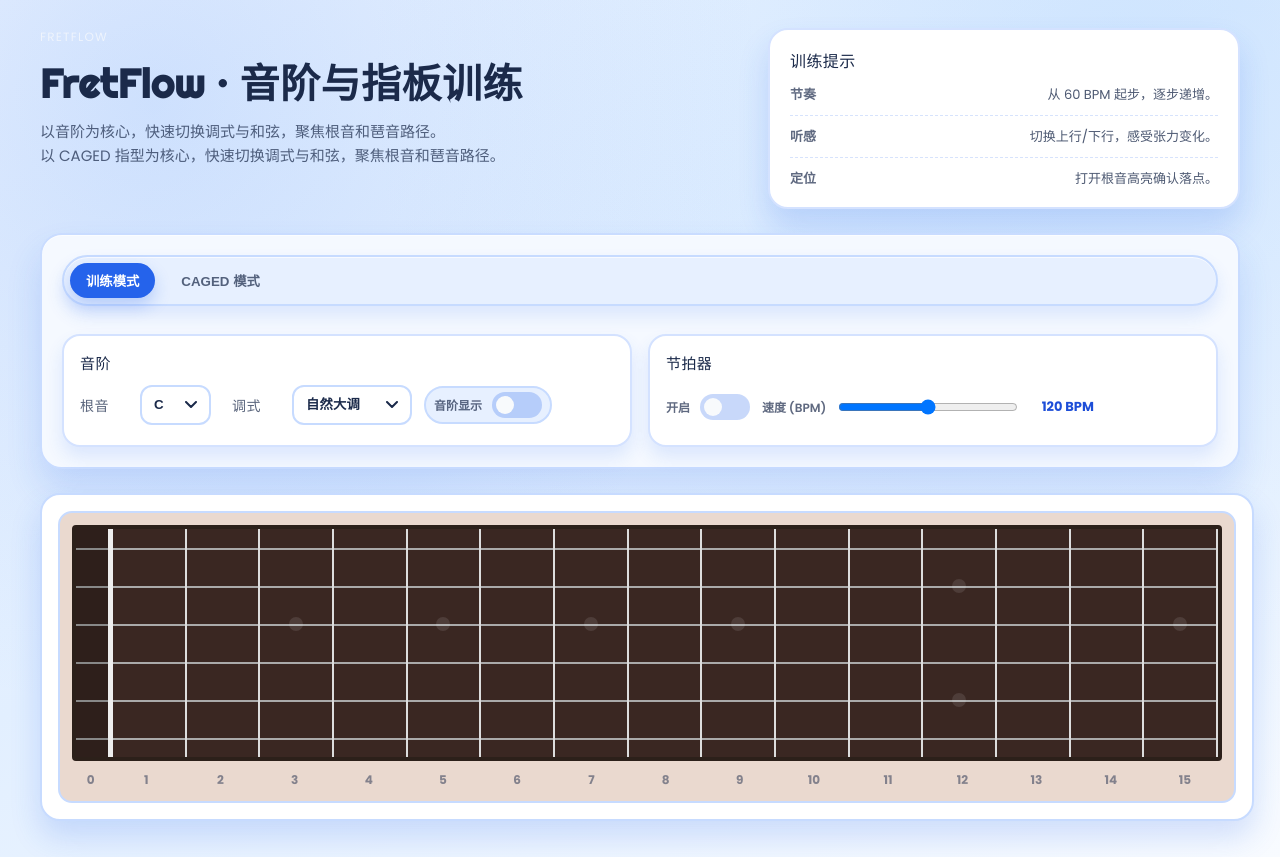
Repository: DaNN-55/FretFlow
Page: src/pages/chord-arpeggio.html
An editor plug-in stored every save of this project. The page is shown before and after the next save, followed by the edit.
The browser window is 1280 px wide. The pictures show the whole page.

Above is the page before, as saved 2026-02-06 11:23:43.

### src/pages/chord-arpeggio.html
<!doctype html>
<html lang="zh-CN">
  <head>
    <meta charset="UTF-8" />
    <meta name="viewport" content="width=device-width, initial-scale=1" />
    <title>和弦与琶音训练</title>
    <link rel="preconnect" href="https://fonts.googleapis.com" />
    <link rel="preconnect" href="https://fonts.gstatic.com" crossorigin />
    <link
      rel="stylesheet"
      href="https://fonts.googleapis.com/css2?family=Poppins:wght@300;400;500;600;700&family=Righteous&display=swap"
    />
    <link rel="stylesheet" href="../styles/guitartraining.css" />
    <link rel="stylesheet" href="../styles/chord-arpeggio.css" />
  </head>
  <body class="chord-arpeggio mode-training">
    <div class="page">
      <header class="page-hero">
        <div class="hero-copy">
          <p class="eyebrow">FretFlow</p>
          <h1>FretFlow · 音阶与指板训练</h1>
          <p class="hero-subtitle">
            以音阶为核心，快速切换调式与和弦，聚焦根音和琶音路径。
          </p>
          <p class="hero-subtitle">
            以 CAGED 指型为核心，快速切换调式与和弦，聚焦根音和琶音路径。
          </p>
        </div>
        <div class="hero-card">
          <div class="hero-card-title">训练提示</div>
          <div class="hero-card-body">
            <div class="tip-row">
              <span class="tip-label">节奏</span>
              <span>从 60 BPM 起步，逐步递增。</span>
            </div>
            <div class="tip-row">
              <span class="tip-label">听感</span>
              <span>切换上行/下行，感受张力变化。</span>
            </div>
            <div class="tip-row">
              <span class="tip-label">定位</span>
              <span>打开根音高亮确认落点。</span>
            </div>
          </div>
        </div>
      </header>

      <section class="control-panel">
        <div class="mode-toggle" role="tablist" aria-label="训练模式切换">
          <button
            type="button"
            class="mode-btn active"
            data-mode="training"
            role="tab"
            aria-selected="true"
          >
            训练模式
          </button>
          <button
            type="button"
            class="mode-btn"
            data-mode="caged"
            role="tab"
            aria-selected="false"
          >
            CAGED 模式
          </button>
        </div>
        <div class="control-panel-grid">
          <div class="control-group training-only scale-group">
            <div class="group-title">音阶</div>
            <div class="control-row compact-controls">
              <label class="field field-inline">
                <span class="field-label">根音</span>
                <select id="rootSelect" aria-label="选择根音">
                  <option value="C">C</option>
                  <option value="C#">C#</option>
                  <option value="D">D</option>
                  <option value="D#">D#</option>
                  <option value="E">E</option>
                  <option value="F">F</option>
                  <option value="F#">F#</option>
                  <option value="G">G</option>
                  <option value="G#">G#</option>
                  <option value="A">A</option>
                  <option value="A#">A#</option>
                  <option value="B">B</option>
                </select>
              </label>
              <label class="field field-inline">
                <span class="field-label">调式</span>
                <select id="scaleSelect" aria-label="选择音阶调式">
                  <option value="major">自然大调</option>
                  <option value="minor">自然小调</option>
                  <option value="pentatonicMajor">大五声音阶</option>
                  <option value="pentatonicMinor">小五声音阶</option>
                </select>
              </label>
              <div class="switch-box">
                <span class="switch-label">音阶显示</span>
                <label class="switch">
                  <input
                    type="checkbox"
                    id="scaleToggle"
                    aria-label="显示音阶"
                  />
                  <span class="slider"></span>
                </label>
              </div>
            </div>
          </div>

          <div class="control-group metronome-group">
            <div class="group-title">节拍器</div>
            <div class="control-row">
              <div class="metronome-toggle">
                <label for="metronomeToggle">开启</label>
                <label class="switch">
                  <input
                    type="checkbox"
                    id="metronomeToggle"
                    aria-label="开启节拍器"
                  />
                  <span class="slider"></span>
                </label>
              </div>
              <div class="metronome-speed">
                <label for="metronomeSpeed">速度 (BPM)</label>
                <input
                  type="range"
                  id="metronomeSpeed"
                  min="40"
                  max="200"
                  value="120"
                />
                <div class="metronome-speed-value">
                  <span id="speedValue">120</span> BPM
                </div>
              </div>
            </div>
          </div>

          <div class="control-group caged-only">
            <div class="group-title">CAGED指型</div>
            <div class="control-row">
              <div class="btn-group">
                <button type="button" data-pattern="1" aria-pressed="false">
                  C指型
                </button>
                <button type="button" data-pattern="2" aria-pressed="false">
                  A指型
                </button>
                <button type="button" data-pattern="3" aria-pressed="false">
                  G指型
                </button>
                <button type="button" data-pattern="4" aria-pressed="false">
                  E指型
                </button>
                <button type="button" data-pattern="5" aria-pressed="false">
                  D指型
                </button>
              </div>
              <div class="switch-box">
                <span class="switch-label">CAGED System</span>
                <label class="switch">
                  <input
                    type="checkbox"
                    id="cagedToggle"
                    aria-label="切换 CAGED 和弦音显示"
                  />
                  <span class="slider"></span>
                </label>
              </div>
            </div>
          </div>
        </div>
      </section>

      <section
        class="fretboard-section training-only"
        id="trainingFretboardSection"
      >
        <div class="fretboard-shell" id="fretboardShell">
          <div class="fretboard-wrapper">
            <div id="fretboard" class="fretboard"></div>
            <div id="fretNumbers" class="fret-numbers"></div>
          </div>
        </div>
      </section>

      <section class="fretboard-section caged-only" id="cagedFretboardSection">
        <div id="cagedFretboardMount"></div>
      </section>
    </div>

    <script src="../chord-arpeggio.js"></script>
  </body>
</html>

### src/styles/guitartraining.css
:root {
  --fret-color: #ddd;
  --string-color: #aaa;
  --note-scale: #1f7ae0;
  --note-gold: #ffd700;
  --fretboard-bg: #3e2723;
  --bili-pink: #fb7299;
  --root-note: #ff7043;
  --control-bg: #ffffff;
  --page-bg: #f2f2f2;
}

* {
  box-sizing: border-box;
}

body {
  font-family:
    "Noto Sans SC", "PingFang SC", "Microsoft YaHei", system-ui, sans-serif;
  display: flex;
  flex-direction: column;
  align-items: center;
  background: var(--page-bg);
  padding: 16px;
  margin: 0;
  color: #222;
}

.control-panel {
  display: flex;
  flex-direction: column;
  gap: 16px;
  padding: 16px;
  background: var(--control-bg);
  border-radius: 12px;
  box-shadow: 0 6px 18px rgba(0, 0, 0, 0.08);
  margin-bottom: 24px;
  width: min(1200px, 100%);
}

.control-row {
  display: flex;
  flex-wrap: wrap;
  gap: 16px;
  align-items: center;
}

.control-label {
  font-size: 14px;
  font-weight: 700;
  color: #333;
  min-width: 72px;
}

.btn-group {
  display: flex;
  flex-wrap: wrap;
  gap: 8px;
}

button {
  padding: 9px 12px;
  cursor: pointer;
  border: 1px solid #ccc;
  background: #fff;
  border-radius: 6px;
  font-weight: 600;
  transition: 0.2s;
}

button.active {
  background: var(--note-scale);
  color: #fff;
  border-color: var(--note-scale);
}

select,
input[type="range"] {
  padding: 6px 8px;
  border: 1px solid #ccc;
  border-radius: 6px;
  background: #fff;
}

.control-row select {
  appearance: none;
  padding: 8px 34px 8px 12px;
  border-radius: 10px;
  border: 1px solid #d0d7de;
  background-color: #ffffff;
  color: #111111;
  font-weight: 700;
  letter-spacing: 0.2px;
  box-shadow: 0 1px 0 rgba(27, 31, 36, 0.04);
  background-image: url("data:[embedded picture, 230 characters]");
  background-repeat: no-repeat;
  background-position: right 10px center;
  background-size: 12px 8px;
  transition:
    border-color 0.2s ease,
    box-shadow 0.2s ease,
    background-color 0.2s ease,
    transform 0.1s ease;
}

.control-row select:hover {
  background-color: #f6f8fa;
  border-color: #d0d7de;
  box-shadow:
    0 2px 6px rgba(31, 35, 40, 0.12);
}

.control-row select:focus {
  outline: none;
  border-color: #0969da;
  box-shadow:
    0 0 0 3px rgba(9, 105, 218, 0.2);
}

.control-row select:active {
  transform: translateY(1px);
}

.switch-box {
  display: flex;
  align-items: center;
  gap: 12px;
  border-left: 1px solid #eee;
  padding-left: 16px;
}

.switch {
  position: relative;
  width: 50px;
  height: 26px;
}

.switch input {
  opacity: 0;
  width: 0;
  height: 0;
}

.slider {
  position: absolute;
  cursor: pointer;
  top: 0;
  left: 0;
  right: 0;
  bottom: 0;
  background-color: #ccc;
  transition: 0.3s;
  border-radius: 34px;
}

.slider:before {
  position: absolute;
  content: "";
  height: 18px;
  width: 18px;
  left: 4px;
  bottom: 4px;
  background-color: #fff;
  transition: 0.3s;
  border-radius: 50%;
}

input:checked + .slider {
  background-color: var(--note-gold);
}

input:checked + .slider:before {
  transform: translateX(24px);
}

.fretboard-wrapper {
  position: relative;
  width: min(1200px, 100%);
  overflow-x: auto;
  padding-bottom: 8px;
}

.fretboard {
  display: grid;
  grid-template-rows: repeat(6, 1fr);
  background: var(--fretboard-bg);
  border: 4px solid #222;
  border-radius: 4px;
  position: relative;
  min-width: 1150px;
}

.string {
  display: grid;
  grid-template-columns: 0.5fr repeat(15, 1fr);
  height: 38px;
  position: relative;
}

.string::after {
  content: "";
  position: absolute;
  left: 0;
  top: 50%;
  width: 100%;
  height: 2px;
  background: var(--string-color);
  z-index: 1;
  pointer-events: none;
}

.fret {
  border-right: 2px solid var(--fret-color);
  display: flex;
  justify-content: center;
  align-items: center;
  position: relative;
  z-index: 2;
}

.fret-0 {
  border-right: 5px solid #eee;
  background: rgba(0, 0, 0, 0.2);
}

.note {
  width: 26px;
  height: 26px;
  border-radius: 50%;
  background: var(--note-scale);
  color: #fff;
  font-size: 11px;
  font-weight: 700;
  display: none;
  justify-content: center;
  align-items: center;
  z-index: 10;
  box-shadow: 0 2px 5px rgba(0, 0, 0, 0.4);
  position: relative;
}

.note.root-note {
  background: var(--root-note);
  box-shadow: 0 0 8px rgba(255, 112, 67, 0.8);
}

.note .degree {
  position: absolute;
  bottom: -12px;
  font-size: 9px;
  color: #ffdede;
}

@keyframes golden-breath {
  0%,
  100% {
    box-shadow: 0 0 0px rgba(255, 215, 0, 0);
    border: 1px solid transparent;
  }
  50% {
    box-shadow: 0 0 10px 4px rgba(255, 215, 0, 0.8);
    border: 1px solid var(--note-gold);
  }
}

/* 基础显示逻辑 */
.fretboard.pattern-1 .p1.in-scale,
.fretboard.pattern-2 .p2.in-scale,
.fretboard.pattern-3 .p3.in-scale,
.fretboard.pattern-4 .p4.in-scale,
.fretboard.pattern-5 .p5.in-scale {
  display: flex;
}

/* 呼吸灯逻辑：仅当音符在当前激活的指型中被定义为“有效和弦音(ct)”时闪烁 */
.fretboard:not(.caged-on).pattern-1 .p1.in-scale.ct1,
.fretboard:not(.caged-on).pattern-2 .p2.in-scale.ct2,
.fretboard:not(.caged-on).pattern-3 .p3.in-scale.ct3,
.fretboard:not(.caged-on).pattern-4 .p4.in-scale.ct4,
.fretboard:not(.caged-on).pattern-5 .p5.in-scale.ct5 {
  animation: golden-breath 2s infinite ease-in-out;
}

/* CAGED 模式激活时的逻辑 */
.fretboard.caged-on .note {
  display: none !important;
}

.fretboard.caged-on.pattern-1 .p1.in-scale.ct1,
.fretboard.caged-on.pattern-2 .p2.in-scale.ct2,
.fretboard.caged-on.pattern-3 .p3.in-scale.ct3,
.fretboard.caged-on.pattern-4 .p4.in-scale.ct4,
.fretboard.caged-on.pattern-5 .p5.in-scale.ct5 {
  display: flex !important;
  background: var(--note-gold);
  color: #332200;
}

.inlay {
  position: absolute;
  width: 14px;
  height: 14px;
  background: rgba(255, 255, 255, 0.1);
  border-radius: 50%;
}

.fret-numbers {
  display: grid;
  grid-template-columns: 0.5fr repeat(15, 1fr);
  width: 100%;
  margin-top: 10px;
  min-width: 1150px;
}

.num {
  text-align: center;
  font-size: 12px;
  color: #777;
  font-weight: 700;
}

.metronome-toggle,
.metronome-speed {
  display: flex;
  align-items: center;
  gap: 12px;
  white-space: nowrap;
}

.metronome-speed input[type="range"] {
  width: 150px;
  cursor: pointer;
}

.metronome-speed-value {
  font-size: 13px;
  font-weight: 700;
  color: var(--note-scale);
  min-width: 75px;
  text-align: center;
}

.footer {
  margin-top: 40px;
  padding: 20px;
  text-align: center;
  border-top: 1px solid #ddd;
  width: min(1200px, 100%);
}

.footer .name {
  font-size: 14px;
  color: #666;
  letter-spacing: 1px;
  margin-bottom: 8px;
}

.footer a {
  color: var(--bili-pink);
  text-decoration: none;
  font-weight: 600;
  font-size: 13px;
  display: inline-flex;
  align-items: center;
  gap: 6px;
  transition: 0.3s;
}

.footer a:hover {
  opacity: 0.8;
  text-shadow: 0 0 8px rgba(251, 114, 153, 0.2);
}

@media (max-width: 768px) {
  .control-label {
    min-width: auto;
  }

  .switch-box {
    border-left: none;
    padding-left: 0;
  }
}

Loaded but not shown: src/chord-arpeggio.js (563 lines, source omitted); src/styles/chord-arpeggio.css (513 lines, source omitted)

After the next save:
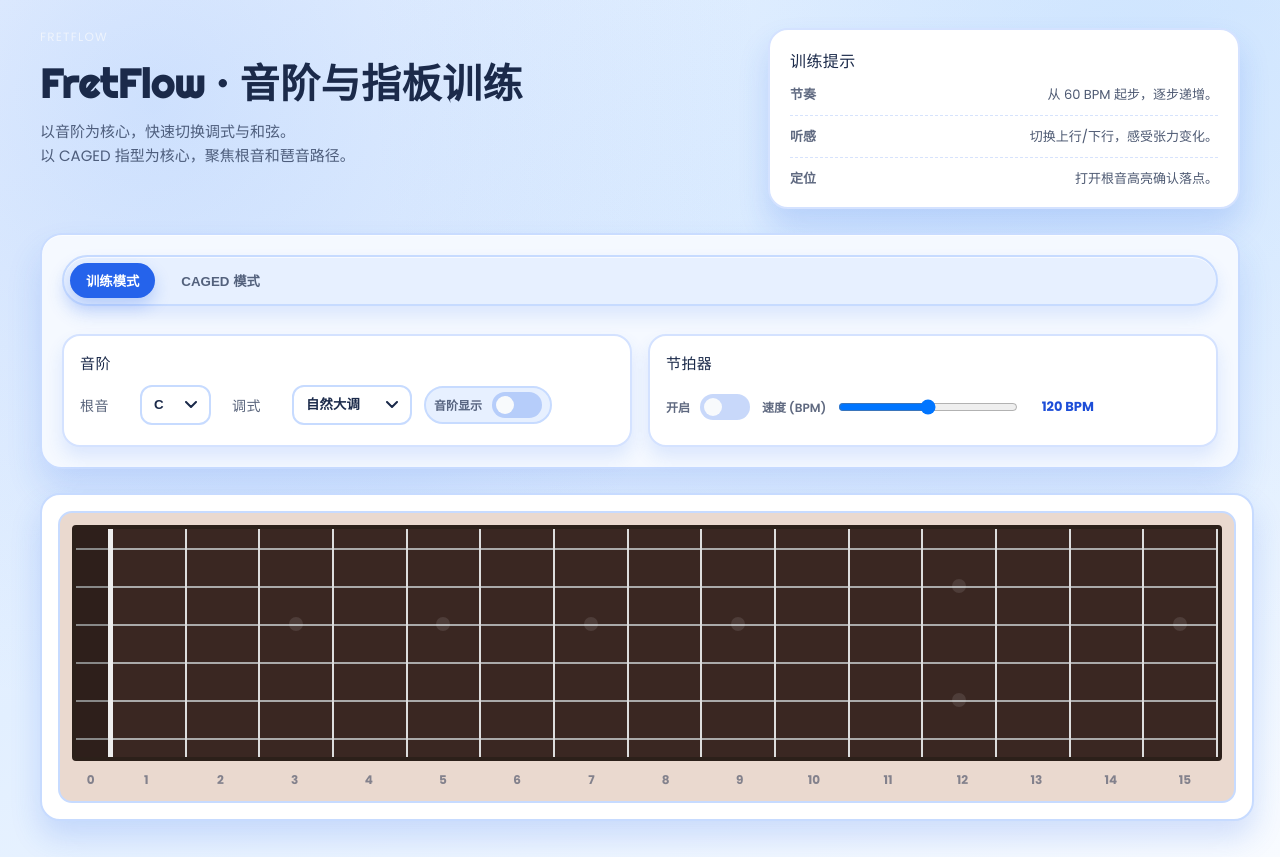
Saved 87 s later.
--- a/src/pages/chord-arpeggio.html
+++ b/src/pages/chord-arpeggio.html
@@ -19,12 +19,8 @@
         <div class="hero-copy">
           <p class="eyebrow">FretFlow</p>
           <h1>FretFlow · 音阶与指板训练</h1>
-          <p class="hero-subtitle">
-            以音阶为核心，快速切换调式与和弦，聚焦根音和琶音路径。
-          </p>
-          <p class="hero-subtitle">
-            以 CAGED 指型为核心，快速切换调式与和弦，聚焦根音和琶音路径。
-          </p>
+          <p class="hero-subtitle">以音阶为核心，快速切换调式与和弦。</p>
+          <p class="hero-subtitle">以 CAGED 指型为核心，聚焦根音和琶音路径。</p>
         </div>
         <div class="hero-card">
           <div class="hero-card-title">训练提示</div>
